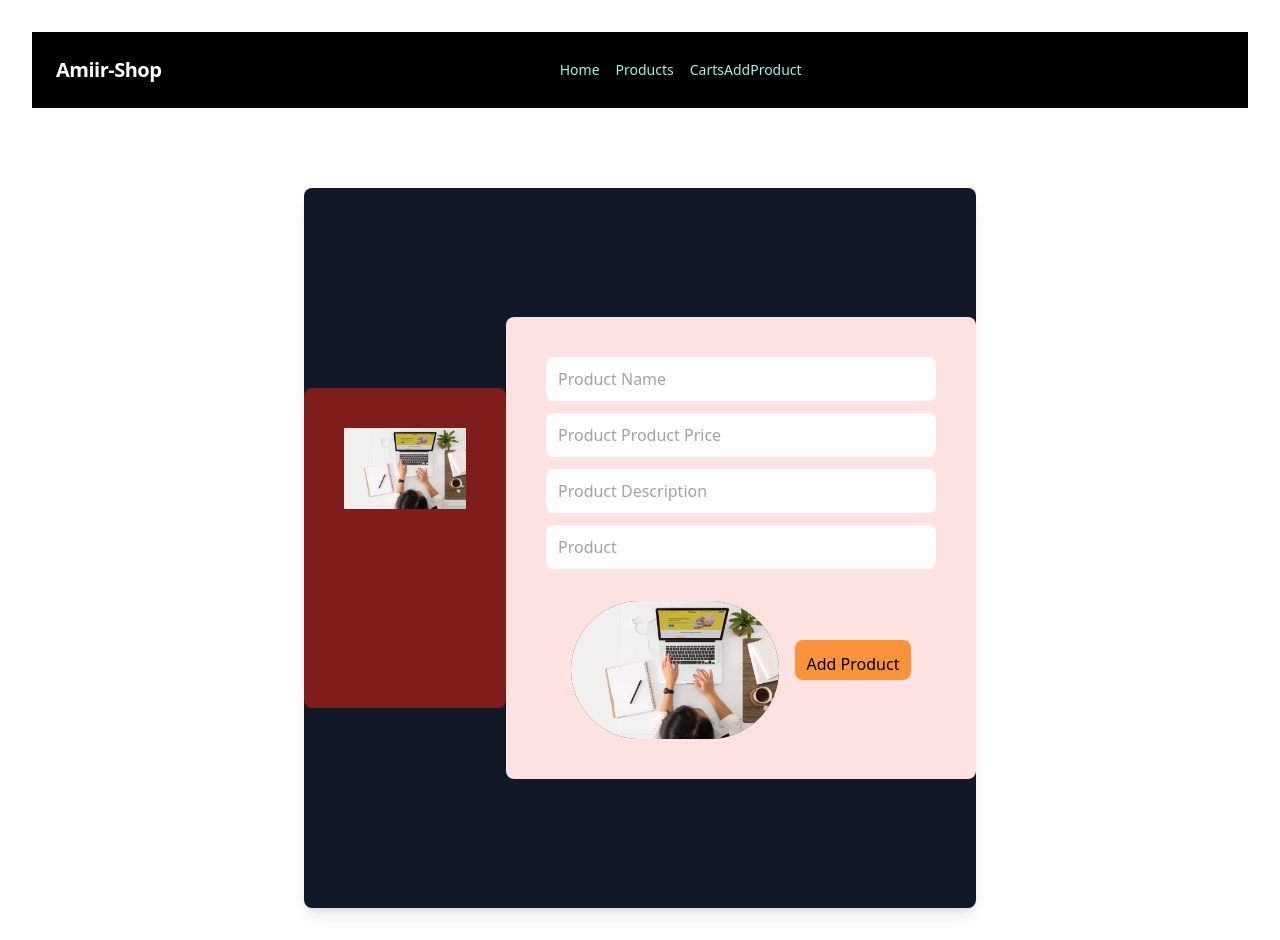
Repository: ENG-AMIIR-MUSE/ECommerce-app-using-react
Page: /addProducts
The author's editor kept a copy of each file at every save. The page is drawn from the files as they stood at one save, then again after a run of saves.
The browser window is 1280 px wide. The pictures show the whole page.
The page's requests for data from a server got no answer. The project was rebuilt for these pictures with package versions that can differ from the ones it lists, and the page was loaded fresh each time. No one was signed in, and anything a server would have sent is missing. Also part of the build but not shown: vite.config.js, src/Components/productList.js, src/Components/productCard.js.

Above is the page before, as saved 2023-06-24 19:52:13.

### src/main.jsx
import React from 'react'
import ReactDOM from 'react-dom/client'
import App from './App.jsx'
import './index.css'

import { BrowserRouter }  from 'react-router-dom'



ReactDOM.createRoot(document.getElementById('root')).render(
  <React.StrictMode>
    <BrowserRouter>
    <App />
    </BrowserRouter>

  </React.StrictMode>,

)

### src/App.jsx
import { useEffect } from 'react'
import { useState } from 'react'
import axios from 'axios'
import ProductList from './Components/ProductList'
import ProductCard from './Components/ProductCard'

import './App.css'

import {NavBar} from './Components/NavBar'
import {  Routes,Route } from 'react-router-dom'

import AddProduct from './Components/AddProduct'

function App() {
const [products,setProducts] =  useState([])

useEffect(()=>{
  axios.get('https://fakestoreapi.com/products')
  .then((response)=>{
    // console.log(response)
   setProducts(response.data)
  }).catch((er)=>{
    console.log(er.response)
  })

})

  return (
    <>

    {/* {console.log(products)} */}
    <NavBar/>

    {/* <ProductCard/> */}
    <Routes>
    <Route path="/"/>
    <Route path="/products" element={<ProductList products ={products}/>}/>

    <Route path="/products/:id" element={<ProductCard products = {products}/>}/>
  <Route path="/addProducts/" element={<AddProduct/>}/>
  </Routes>
    </>


  )


}

export default App

### src/Components/NavBar.jsx
import React from 'react'
import {Link } from 'react-router-dom'
 export function NavBar() {
  return (
    <>
    <nav className=" items-center justify-between flex-wrap bg-black p-6 mb-20 h-auto p-5">
  <div className="flex items-center flex-shrink-0 text-white mr-6">

    <span className="font-semibold text-xl tracking-tight">Amiir-Shop</span>


  <div className="w-full block flex-grow lg:flex lg:items-center lg:w-auto">
    <div className="text-sm lg:flex-grow">
      <Link to="/" className="block mt-4 lg:inline-block lg:mt-0 text-teal-200 hover:text-white mr-4">
        Home
      </Link>
      <Link to="/products" className="block mt-4 lg:inline-block lg:mt-0 text-teal-200 hover:text-white mr-4">
        Products
      </Link>
      <Link to="/carts" className="block mt-4 lg:inline-block lg:mt-0 text-teal-200 hover:text-white">
        Carts
      </Link>
      <Link to="/addProducts" className="block mt-4 lg:inline-block lg:mt-0 text-teal-200 hover:text-white">
        AddProduct
      </Link>
    </div>

  </div>
  </div>
</nav>
    </>
  )

 }

### src/Components/AddProduct.jsx
import React from "react";
import reactsvg from '../assets/weImage.jpg'
const  AddProduct = ()=>{

    return(

        <div  className="bg-gray-900 mt-0  text-black  min-h-screen flex flex-col lg:flex-row lg:max-w-2xl  max-w-sm mx-auto justify-center items-center  shadow-lg rounded-lg ">
          <div className="w-96 rounded-lg mx-auto  bg-red-900  m-5 h-80 p-10">
           <img src= {reactsvg}  alt="missing-product-image"/>
          </div>
          <div className="mx-auto p-10 m-10 rounded-lg bg-red-100">
          <form className="space-y-3">

           <input type="text"placeholder="Product Name" className="w-full  rounded-lg h-11  pl-3"/>
          <input type="text"placeholder="Product Product Price" className="w-full rounded-lg h-11  pl-3"/>
          <input type="text"placeholder="Product Description" className="w-full rounded-lg h-11  pl-3"/>
           <input type="text" placeholder="Product"className="w-full rounded-lg h-11 pl-3 "/>
           <div className="flex felx-row items-center justify-center space-x-4">
             <img src={reactsvg} alt="" className="rounded-full w-52 mt-5  max-w-md  object-contain bg-yellow-900" />
             <input type="submit" className = "rounded-lg bg-orange-400 p-3 h-10 "value="Add Product"/>
           </div>
          </form>
          </div>
        </div>
    )
}
export default AddProduct;

Loaded but not shown: index.html (common file); src/index.css (common file); src/App.css (common file); tailwind.config.js (common file)

After the next 3 saves:
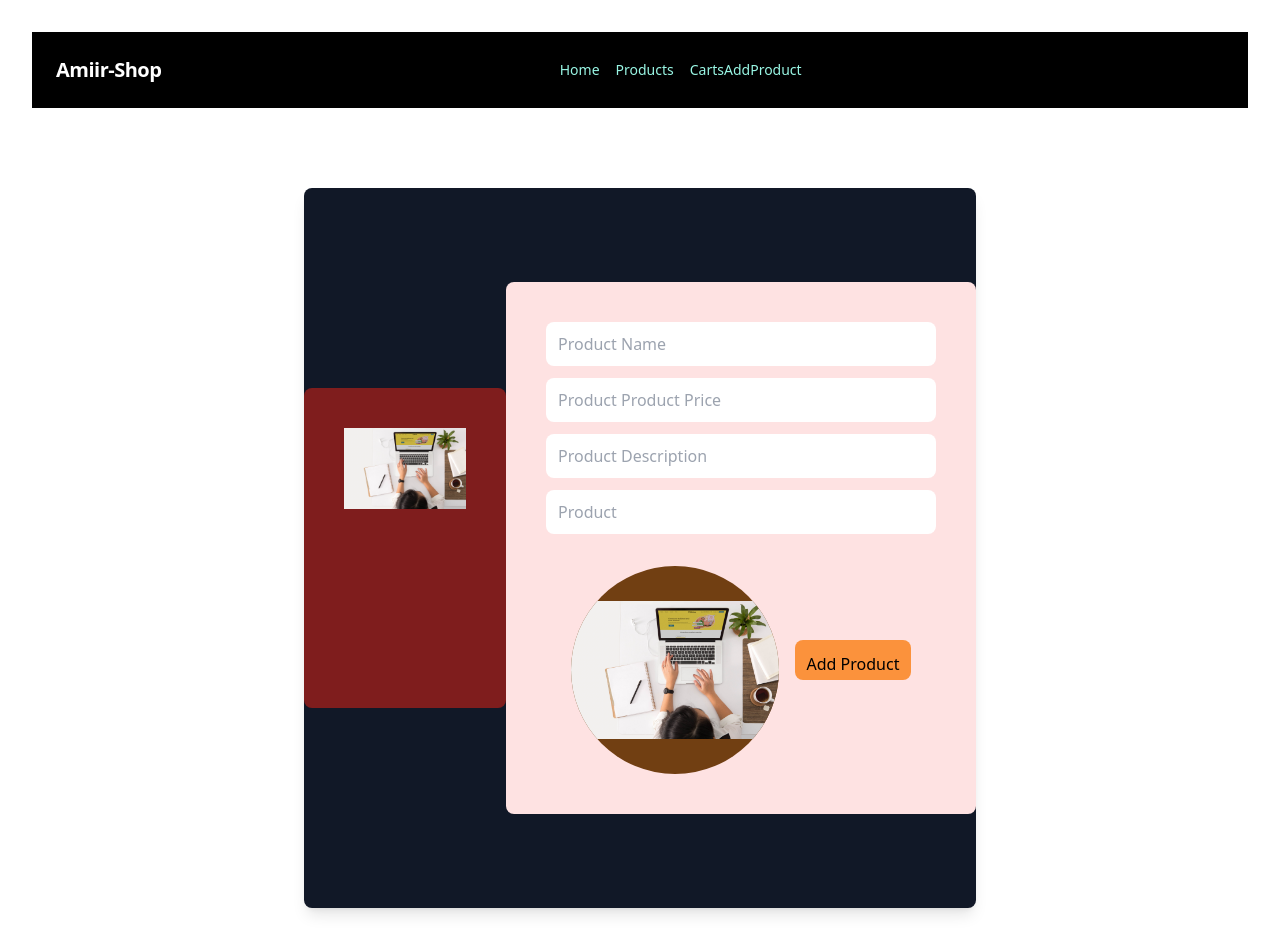
The 3 saves are shown as one change because they came seconds apart.
The last was saved 34 s later.
--- a/src/Components/AddProduct.jsx
+++ b/src/Components/AddProduct.jsx
@@ -16,7 +16,7 @@ const  AddProduct = ()=>{
           <input type="text"placeholder="Product Description" className="w-full rounded-lg h-11  pl-3"/>
            <input type="text" placeholder="Product"className="w-full rounded-lg h-11 pl-3 "/>
            <div className="flex felx-row items-center justify-center space-x-4">
-             <img src={reactsvg} alt="" className="rounded-full w-52 mt-5  max-w-md  object-contain bg-yellow-900" />
+             <img src={reactsvg} alt="" className="rounded-full w-52 h-52 mt-5  max-w-md  object-contain bg-yellow-900" />
              <input type="submit" className = "rounded-lg bg-orange-400 p-3 h-10 "value="Add Product"/>
            </div>
           </form>
